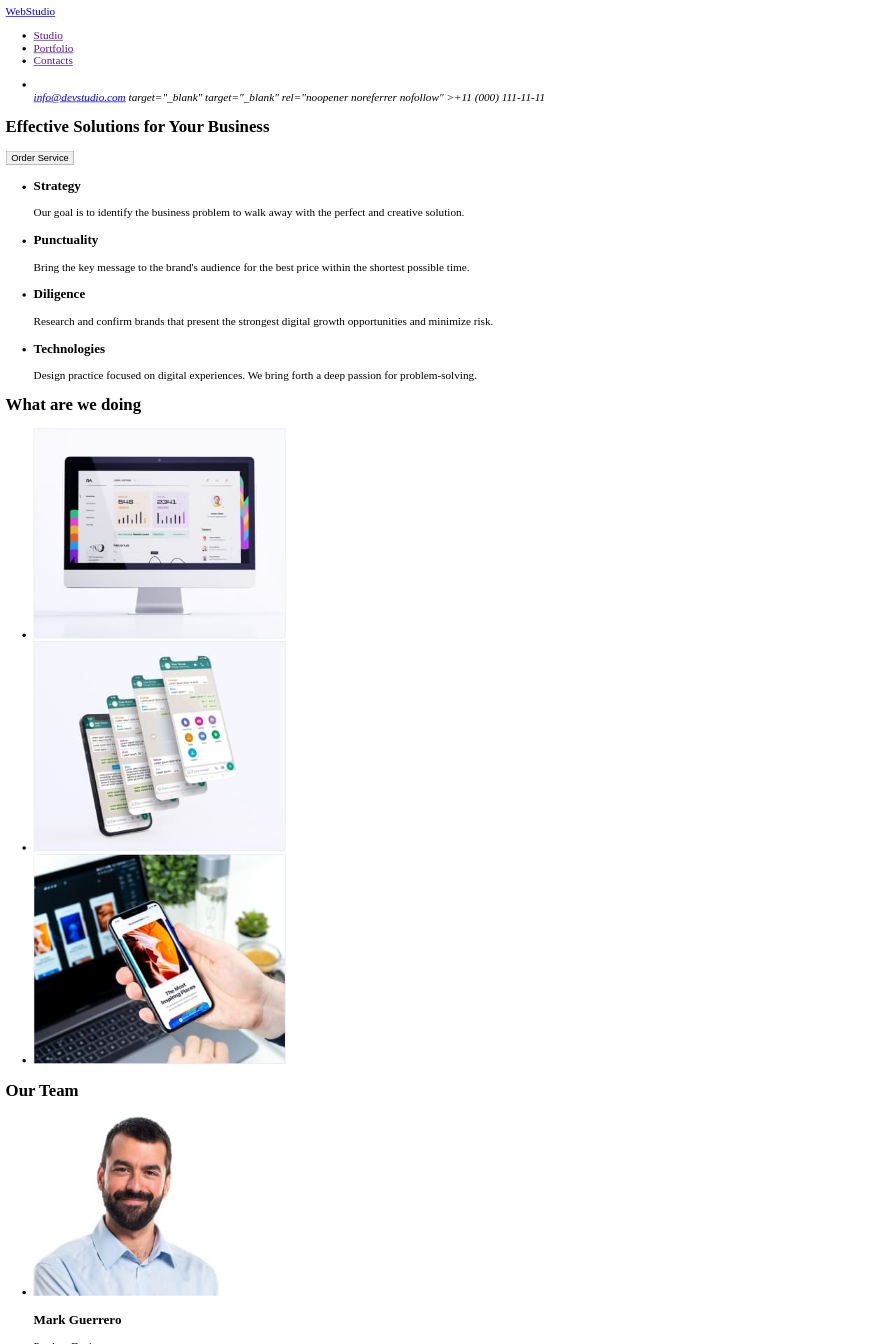
Repository: GrishchenkoNataliya/goit-markup-hw-02
Page: index.html
These files come from the project's save history. The page is drawn as it stood at one moment and after the next save; the edit follows.
The browser window is 1280 px wide. The pictures show the part of the page from y = 0 to 1920 px (the page is 3089 px tall), at 70% of full size.

Above is the page before, as saved 2023-02-27 00:01:57.

### index.html
<!DOCTYPE html>
<html lang="en">
  <head>
    <meta charset="UTF-8" />
    <meta http-equiv="X-UA-Compatible" content="IE=edge" />
    <meta name="viewport" content="width=device-width, initial-scale=1.0" />
    <title>homework_1</title>
  </head>
  <body>
    <header>
      <nav>
        <a href="./index.html">WebStudio</a>

        <ul>
          <li>
            <a href="" target="_blank" rel="noopener noreferrer nofollow"
              >Studio</a
            >
          </li>
          <li>
            <a href="" target="_blank" rel="noopener noreferrer nofollow"
              >Portfolio</a
            >
          </li>
          <li>
            <a href="" target="_blank" rel="noopener noreferrer nofollow"
              >Contacts</a
            >
          </li>
        </ul>
      </nav>
      <address>
        <ul>

        <li></li>
        <a
          href="mailto:info@devstudio.com"

          >info@devstudio.com</a
        >
        target="_blank"
          target="_blank"
          rel="noopener noreferrer nofollow"
          >+11 (000) 111-11-11</a
        >
      </li>
      </ul>
      </address>
    </header>
    <main>
      <section>
        <h1>Effective Solutions for Your Business</h1>
        <button type="button">Order Service</button>
        <!-- Dark-bg -->
      </section>
      <section>
        <h2 hidden>Большой заголовок</h2>
        <ul>
          <li>
            <h3>Strategy</h3>
            <p>
              Our goal is to identify the business problem to walk away with the
              perfect and creative solution.
            </p>
          </li>
          <li>
            <h3>Punctuality</h3>
            <p>
              Bring the key message to the brand's audience for the best price
              within the shortest possible time.
            </p>
          </li>
          <li>
            <h3>Diligence</h3>
            <p>
              Research and confirm brands that present the strongest digital
              growth opportunities and minimize risk.
            </p>
          </li>
          <li>
            <h3>Technologies</h3>
            <p>
              Design practice focused on digital experiences. We bring forth a
              deep passion for problem-solving.
            </p>
          </li>
        </ul>
      </section>
      <section>
        <h2>What are we doing</h2>
        <ul>
          <li>
            <img
              src="./images/Rectangle71-1.jpg"
              alt="Rectangle 71-1"
              width="360"
            />
          </li>
          <li>
            <img
              src="./images/Rectangle71-2.jpg"
              alt="Rectangle 71-2"
              width="360"
            />
          </li>
          <li>
            <img
              src="./images/Rectangle71-3.jpg"
              alt="Rectangle 71-3"
              width="360"
            />
          </li>
        </ul>
      </section>
      <section>
        <h2>Our Team</h2>
        <ul>
          <li>
            <img src="./images/img1.jpg" alt="Mark Guerrero" width="264" />
            <h3>Mark Guerrero</h3>
            <p>Product Designer</p>
          </li>
          <li>
            <img src="./images/img2.jpg" alt="Tom Ford" width="264" />
            <h3>Tom Ford</h3>
            <p>Frontend Developer</p>
          </li>
          <li>
            <img src="./images/img3.jpg" alt="Camila Garcia" width="264" />
            <h3>Camila Garcia</h3>
            <p>Marketing</p>
          </li>
          <li>
            <img src="./images/img4.jpg" alt="Daniel Wilson" width="264" />
            <h3>Daniel Wilson</h3>
            <p>UI Designer</p>
          </li>
        </ul>
      </section>
    </main>
    <footer>
      <a href="./index.html">WebStudio</a>

      <p>
        Increase the flow of customers and sales for your business with digital
        marketing & growth solutions.
      </p>
      <!-- Dark-bg -->
    </footer>
  </body>
</html>

After the next save:
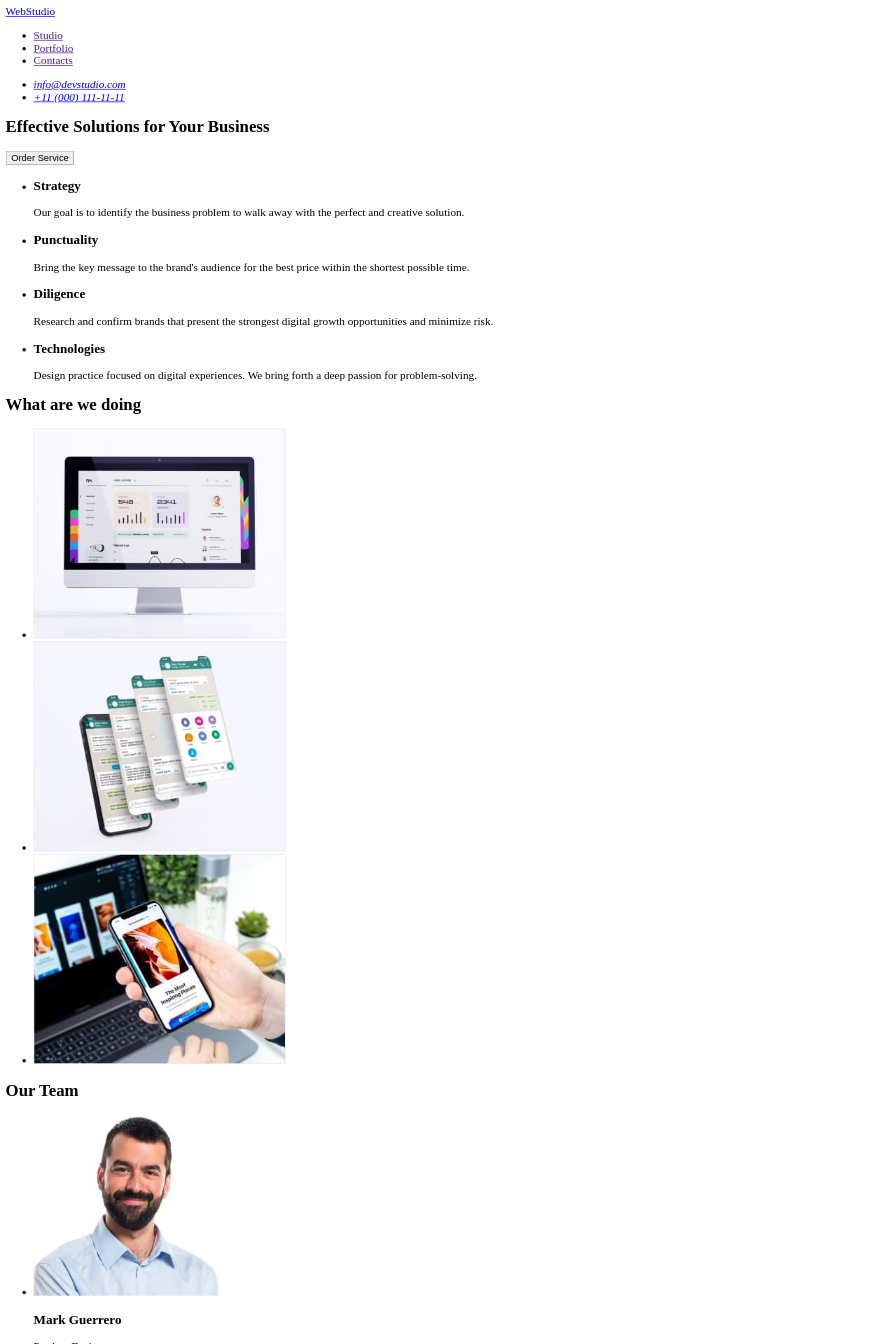
Saved 3 min 23 s later.
--- a/index.html
+++ b/index.html
@@ -31,20 +31,9 @@
       </nav>
       <address>
         <ul>
-
-        <li></li>
-        <a
-          href="mailto:info@devstudio.com"
-
-          >info@devstudio.com</a
-        >
-        target="_blank"
-          target="_blank"
-          rel="noopener noreferrer nofollow"
-          >+11 (000) 111-11-11</a
-        >
-      </li>
-      </ul>
+          <li><a href="mailto:info@devstudio.com">info@devstudio.com</a></li>
+          <li><a href="tel:+110001111111">+11 (000) 111-11-11</a></li>
+        </ul>
       </address>
     </header>
     <main>
